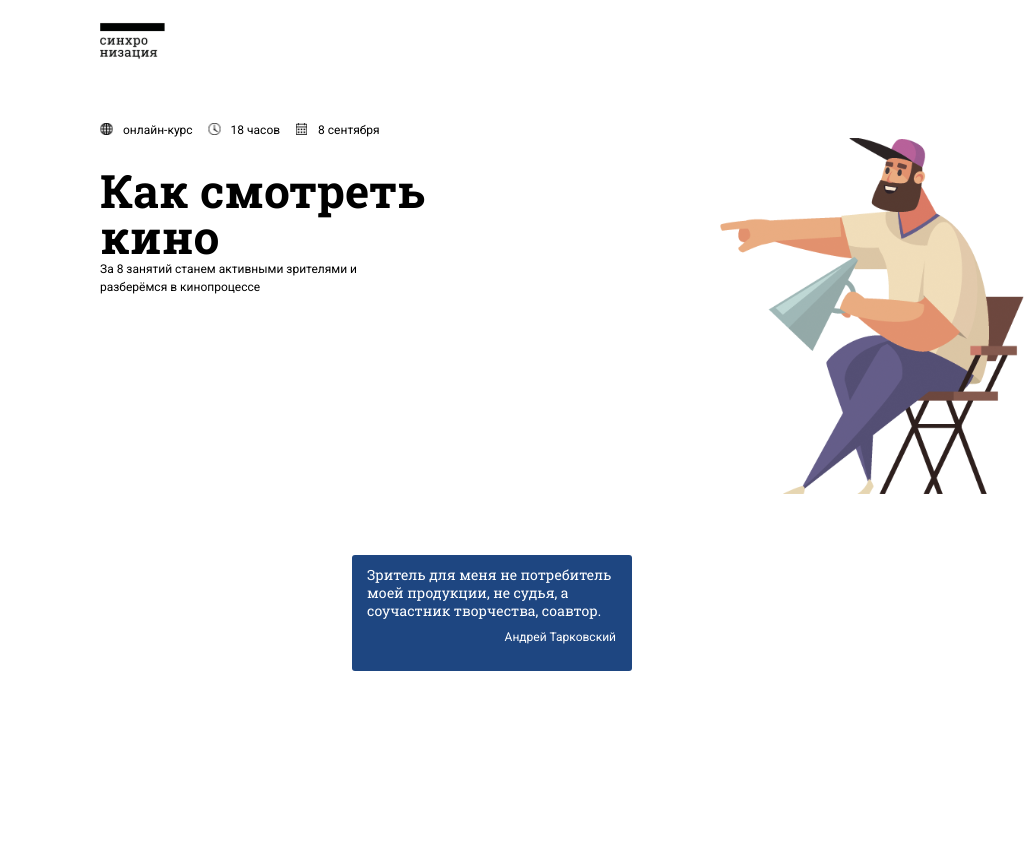
Repository: HeybetzadeQedim/task-2
Page: index.html
An editor plug-in stored every save of this project. The page is shown before and after the next save, followed by the edit.
The browser window is 1024 px wide. The pictures show the whole page.

Above is the page before, as saved 2023-10-04 16:11:23.

### index.html
<!DOCTYPE html>
<html lang="en">
  <head>
    <meta charset="UTF-8" />
    <meta name="viewport" content="width=device-width, initial-scale=1.0" />
    <title>Document</title>
    <link rel="stylesheet" href="./index.css" />
  </head>
  <body>
    <div class="main-container">
      <img src="./ımages/logo_mobile_black 1.svg" />
      <ul class="image-container">
        <li>
            <img src="./ımages/globe.svg" />
            <p>онлайн-курс</p>
        </li>
      <li>
        <img src="./ımages/img_135744.svg" />
        <p>18 часов</p>
      </li>

        <li>
            <img src="./ımages/calendar_2.svg" />
            <p>8 сентября</p>
        </li>
      </ul>
      <div class="flex-container">
        <div class="text-container">
          <h1>Как смотреть кино</h1>
          <p>
            За 8 занятий станем активными зрителями и разберёмся в кинопроцессе
          </p>
        </div>

          <img src="./ımages/noroot 1.svg" />

      </div>
      <div class="box">
        <p>
          Зритель для меня не потребитель моей продукции, не судья, а соучастник
          творчества, соавтор.
        </p>
        <p>Андрей Тарковский</p>
      </div>
    </div>
  </body>
</html>

### index.css
@import url("https://fonts.googleapis.com/css2?family=Roboto&family=Roboto+Slab:wght@400;700&display=swap");
* {
  margin: 0;
  padding: 0;
  box-sizing: border-box;
}
.main-container {
  padding: 21px 246px 173px 121px;
}
.main-container img:first-child {
  width: 112px;
  height: 66px;
}
.main-container .image-container {
  display: flex;
  margin-top: 100px;
}
.image-container li{
  margin-right: 15px;
  list-style-type: none;
  display: flex;
  align-items: center;
}
.image-container img:first-child {
  width: 22px;
  height: 21px;
}
.image-container img:nth-child(2) {
  width: 22px;
  height: 22px;
}
.image-container img:last-child {
  width: 20px;
  height: 22px;
}
.image-container p {
  color: #000;
  margin-left: 10px;
  margin-top: 4px;
  font-family: Roboto;
  font-size: 20px;
  font-style: normal;
  font-weight: 400;
  line-height: 115%;
}
.flex-container {
  display: flex;
  justify-content: space-between;
}
h1 {
  width: 628px;
  margin-top: 29px;
  color: #000;
  font-family: Roboto Slab;
  font-size: 80px;
  font-style: normal;
  font-weight: 700;
  line-height: 101.385%;
}
.text-container p {
  width: 414px;
  color: #000;
  font-family: Roboto;
  font-size: 20px;
  font-style: normal;
  font-weight: 400;
  line-height: 150%;
}

.image-box img:first-child {
  width: 304px;
  height: 356px;
  /* margin-left: 140px; */
}
.box {
  width: 484px;
  height: 200px;
  /* margin: 87px 0 173px 409px; */
  margin: auto;
  margin-top: 87px;
  border-radius: 5px;
  background: #1e4681;
  padding: 19px 27px 68px 26px;
}
.box p:first-child {
  width: 431px;
  color: #fff;
  font-family: Roboto Slab;
  font-size: 25px;
  font-style: normal;
  font-weight: 400;
  line-height: 130%;
}
.box p:last-child {
  color: #fff;
  text-align: right;
  font-family: Roboto;
  font-size: 20px;
  font-style: normal;
  font-weight: 400;
  line-height: 130%;
}

/* tablet style */
@media screen and (max-width: 1024px) {
  .main-container {
    padding: 22px 0 70px 100px ;
  }
  .main-container img:first-child {
    width: 64.867px;
    height: 38.225px;
  }
 .main-container .image-container {
    margin-top: 56px;
  }
  .image-container img:first-child {
    width: 13px;
    height: 12px;
  }
  .image-container img:nth-child(2) {
    width: 13px;
    height: 13px;
  }
  .image-container img:last-child {
    width: 12px;
    height: 13px;
  }
  .image-container p {
    font-size: 12px;
  }
  h1 {
    font-size: 46px;
    width: 364px;
  }
  .text-container p {
    font-size: 12px;
    width: 264px;

  }
  .image-box img:first-child {
    width: 176px;
    height: 206px;
  }
  .box {
    width: 280px;
    height: 116px;
    border-radius: 3px;
    margin: 61px 0 100px 252px;
    padding: 11px 16px 4px 15px ;
  }
  .box p:first-child {
    width: 249px;
    font-size: 14px;
  }
  .box p:last-child {
    font-size: 12px;
    margin-top: 9px;
  }
  .flex-container img{

  }
}
/* mobile style */
@media screen and (max-width: 768px) {
  .main-container {
    padding: 36px 32px 75px 36px;
  }
  .main-container img:first-child {
    width: 52px;
    height: 31px;
  }
  .image-container {
    margin-top: 45px;
  }
  .image-container img:first-child {
    width: 10px;
    height: 10px;
  }
  .image-container img:nth-child(2) {
    width: 10px;
    height: 10px;
  }
  .image-container img:last-child {
    width: 9px;
    height: 10px;
  }
  .image-container p {
    font-size: 10px;
  }
  h1 {
    width: 293px;
    font-size: 37px;
  }
  .text-container p {
    font-size: 10px;
    width: 212px;
  }
  .image-box img:first-child {
    width: 142px;
    height: 166px;
  }
  .flex-container {
    flex-direction: column;
  }
  .box {
    width: 225px;
    height: 93px;
    margin: 48px 0 75px 38px;
  }
  .box p:first-child {
    width: 201px;
    font-size: 11px;
  }
  .box p:last-child {
    font-size: 10px;
  }
}

After the next save:
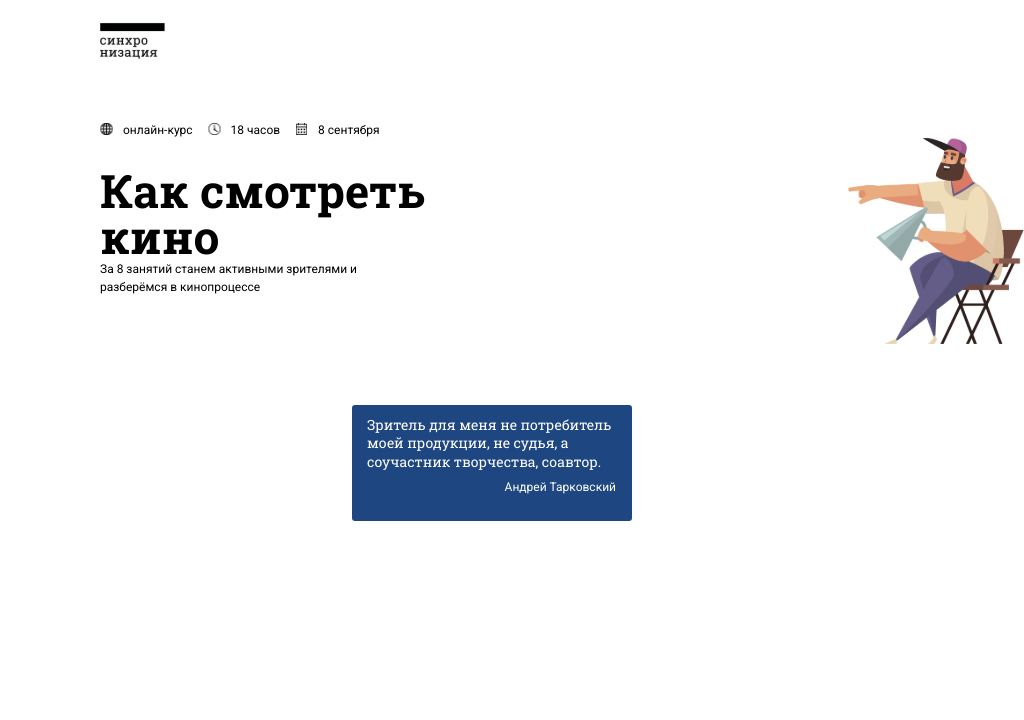
Saved 21 s later.
--- a/index.css
+++ b/index.css
@@ -157,7 +157,8 @@ h1 {
     margin-top: 9px;
   }
   .flex-container img{
-
+    width: 176.067px;
+height: 206.183px;
   }
 }
 /* mobile style */
